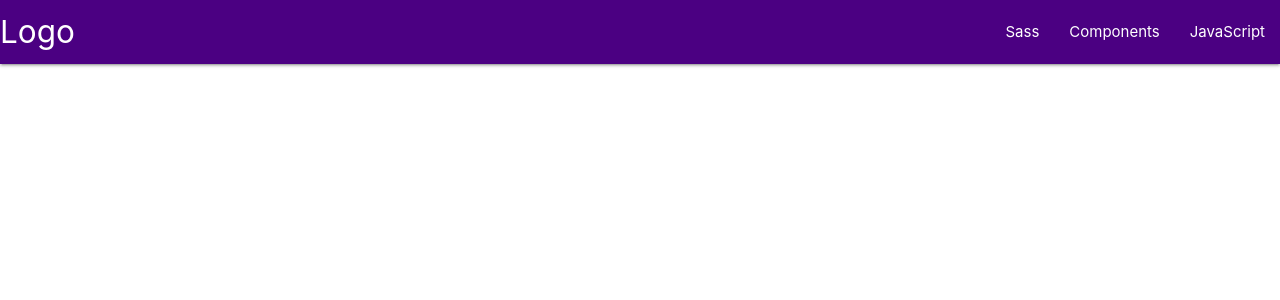
Repository: andrehct/CONCESSIONARIA_BD
Page: http://localhost/Projeto/
These files come from the project's save history. The page is drawn as it stood at one moment and after a run of saves; the edit follows.
The browser window is 1280 px wide. The pictures show the whole page.
The page is served by Tomcat 9. Other server files are loaded and not shown.

Above is the page before, as saved 2019-06-28 14:02:13.

### Projeto/WebContent/index.jsp

  <!DOCTYPE html>
  <html>
    <head>
      <!--Import Google Icon Font-->
      <link href="https://fonts.googleapis.com/icon?family=Material+Icons" rel="stylesheet">
      <!--Import materialize.css-->
      <link type="text/css" rel="stylesheet" href="template/css/materialize.min.css"  media="screen,projection"/>

      <!--Let browser know website is optimized for mobile-->
      <meta name="viewport" content="width=device-width, initial-scale=1.0"/>
    </head>

    <body>

    	<header>
    		 <nav>
			    <div class="nav-wrapper">
			      <a href="#" class="brand-logo">Logo</a>
			      <ul id="nav-mobile" class="right hide-on-med-and-down">
			        <li><a href="sass.html">Sass</a></li>
			        <li><a href="badges.html">Components</a></li>
			        <li><a href="collapsible.html">JavaScript</a></li>
			      </ul>
			    </div>
			  </nav>
    	</header>

      <!--JavaScript at end of body for optimized loading-->
      <script type="text/javascript" src="template/js/materialize.min.js"></script>
    </body>
  </html>

### Projeto/WebContent/menu.jsp
<header>
 <nav>
  <div class="nav-wrapper">
    <a href="#" class="brand-logo">Logo</a>
    <ul id="nav-mobile" class="right hide-on-med-and-down">
      <li><a href="FuncionarioController">Funcionário</a></li>
      <li><a href="badges.html">Components</a></li>
      <li><a href="collapsible.html">JavaScript</a></li>
    </ul>
  </div>
</nav>
</header>

Loaded but not shown: Projeto/WebContent/css/materialize.min.css (library); Projeto/WebContent/js/materialize.min.js (library)

After the next 3 saves:
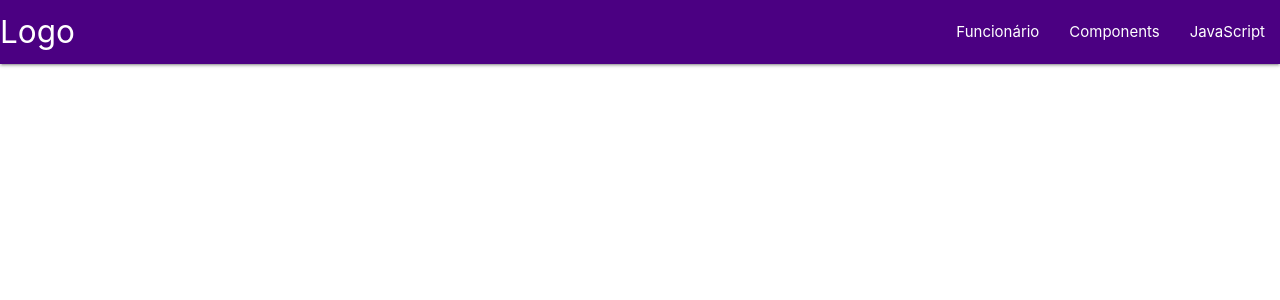
The 3 saves are shown as one change because 2 did not build or start.
The last was saved 2 min 57 s later.
--- a/Projeto/WebContent/index.jsp
+++ b/Projeto/WebContent/index.jsp
@@ -12,19 +12,7 @@
     </head>
 
     <body>
-
-    	<header>
-    		 <nav>
-			    <div class="nav-wrapper">
-			      <a href="#" class="brand-logo">Logo</a>
-			      <ul id="nav-mobile" class="right hide-on-med-and-down">
-			        <li><a href="sass.html">Sass</a></li>
-			        <li><a href="badges.html">Components</a></li>
-			        <li><a href="collapsible.html">JavaScript</a></li>
-			      </ul>
-			    </div>
-			  </nav>
-    	</header>
+    <%@ include file="menu.jsp" %>
 
       <!--JavaScript at end of body for optimized loading-->
       <script type="text/javascript" src="template/js/materialize.min.js"></script>
